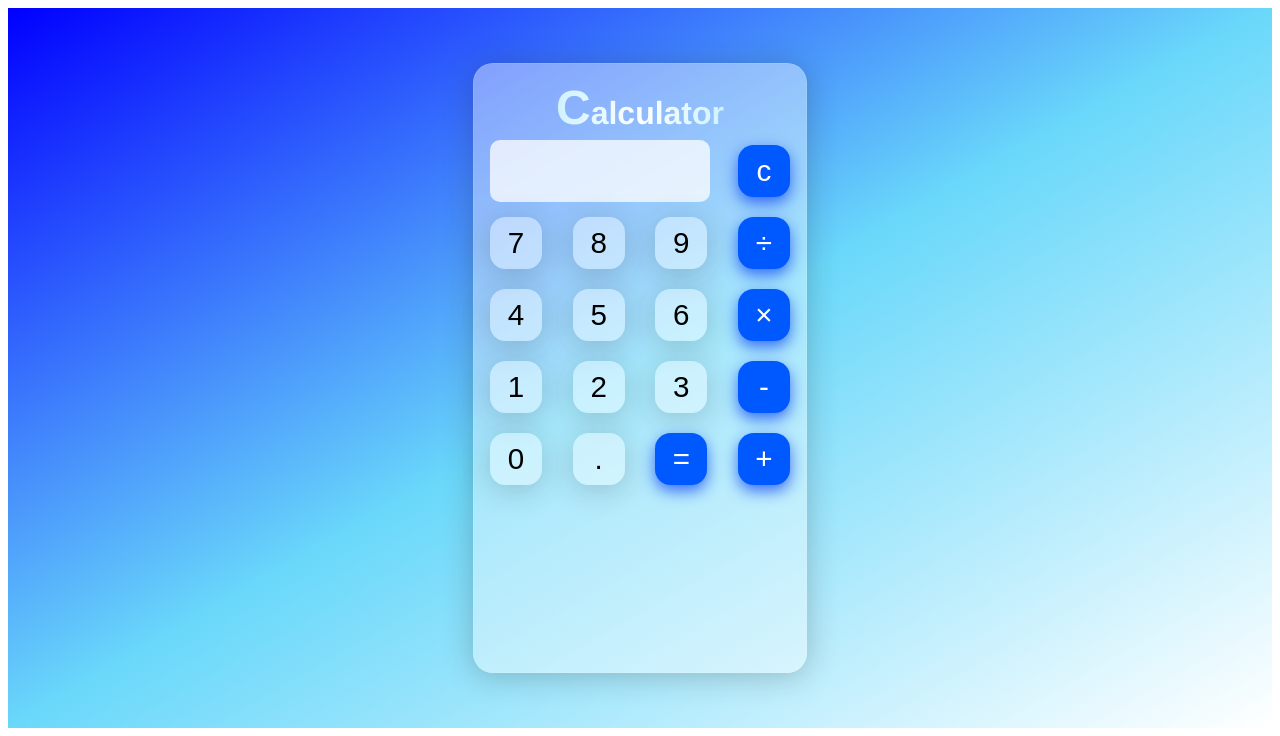
Repository: yu-yaba/Css-Calculator
Page: index.html
These files come from the project's save history. The page is drawn as it stood at one moment and after a run of saves; the edit follows.
The browser window is 1280 px wide. The pictures show the whole page.

Above is the page before, as saved 2022-11-29 10:03:10.

After the next 2 saves:
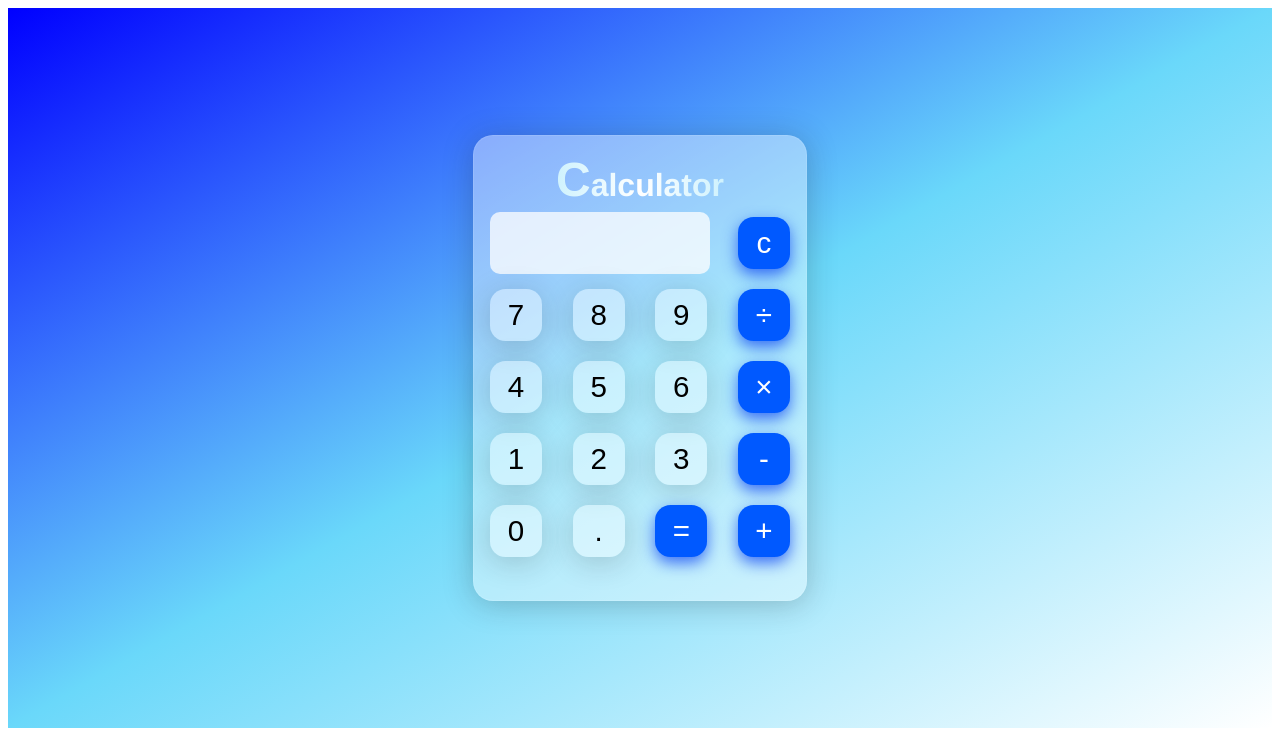
The 2 saves are shown as one change because they came seconds apart.
The last was saved 38 s later.
--- a/styles.css
+++ b/styles.css
@@ -40,7 +40,7 @@
  /* 計算機のボディー */
  .calc-body {
     width: 300px;
-    height: 80vh;
+    height: 60vh;
     border-radius: 20px;
     background-color: rgb(255,255,255,0.4);
     border: 1px solid rgba(255,255,255,0.1);
